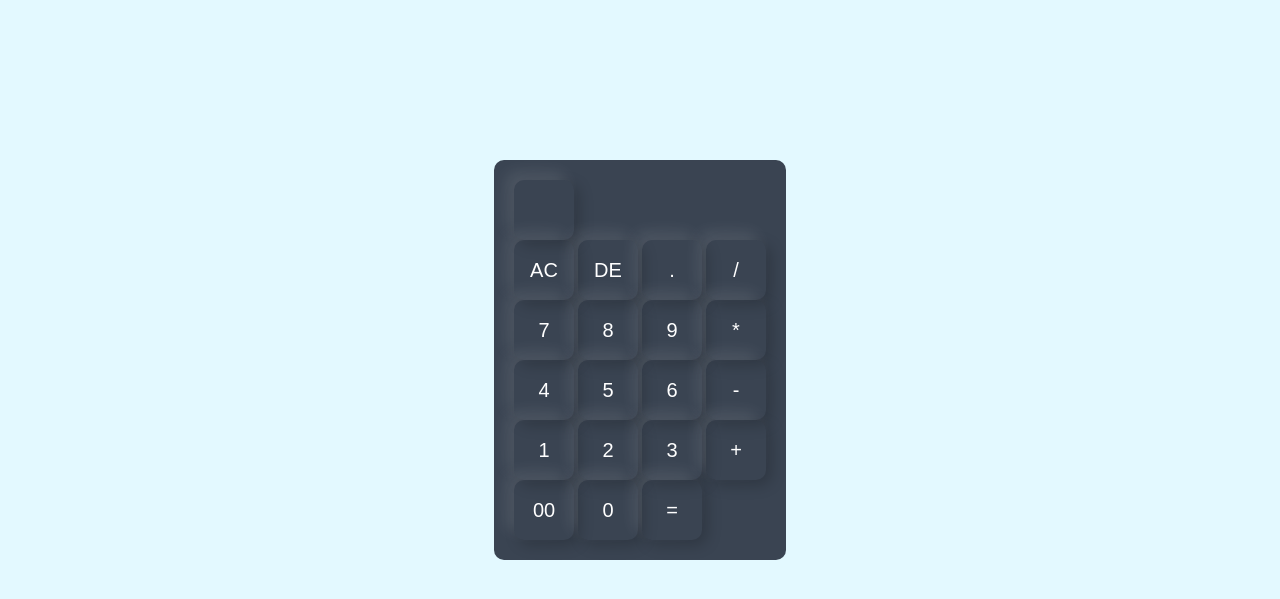
Repository: joeltorcato/CALCULATOR
Page: index.html
The author's editor kept a copy of each file at every save. The page is drawn from the files as they stood at one save, then again after the next save.
The browser window is 1280 px wide. The pictures show the whole page.

Above is the page before, as saved 2023-12-31 19:04:27.

### index.html
<!DOCTYPE html>
<html lang="en">
<head>
    <meta charset="UTF-8">
    <meta name="viewport" content="width=device-width, initial-scale=1.0">
    <link rel="stylesheet" href="style.css">
    <title>CALCULATOR | JOEL TORCATO</title>
</head>
<body>
    <div class="container">
        <div class="calculator">
            <form>
                <div>
                    <input type="text" name="display">
                </div>
                <div>
                    <input type="button" value="AC">
                    <input type="button" value="DE">
                    <input type="button" value=".">
                    <input type="button" value="/">
                </div>
                <div>
                    <input type="button" value="7">
                    <input type="button" value="8">
                    <input type="button" value="9">
                    <input type="button" value="*">
                </div>
                <div>
                    <input type="button" value="4">
                    <input type="button" value="5">
                    <input type="button" value="6">
                    <input type="button" value="-">
                </div>
                <div>
                    <input type="button" value="1">
                    <input type="button" value="2">
                    <input type="button" value="3">
                    <input type="button" value="+">
                </div>
                <div>
                    <input type="button" value="00">
                    <input type="button" value="0">
                    <input type="button" value="=">
                </div>
            </form>
        </div>
    </div>
</body>
</html>

### style.css
*{
    margin: 0;
    padding: 0;
    font-family: 'Poppins' sans-serif;
    box-sizing: border-box;
}

/*container*/
.container{
    width: 100%;
    height: 100vh;
    background: #e3f9ff;
    display: flex;
    align-items: center;
    justify-content: center;
}

/*calculator*/
.calculator{
    background: #3a4452;
    padding: 20px;
    border-radius: 10px;
}

.calculator form input{
    border: 0;
    outline: 0;
    width: 60px;
    height: 60px;
    border-radius: 10px;
    box-shadow: -8px -8px 15px rgba(255, 255, 255, 0.1),5px 5px 15px rgba(0, 0, 0, 0.2);
    background: transparent;
    font-size: 20px;
    color: #fff;
    cursor: pointer;
}

After the next save:
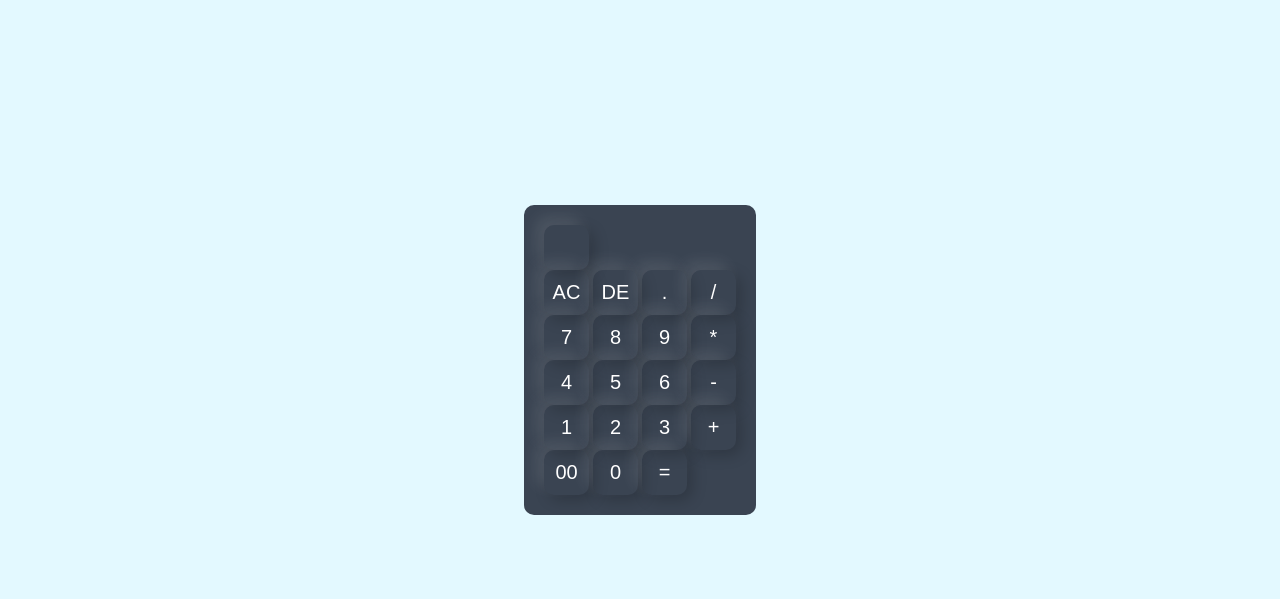
Saved 98 s later.
--- a/style.css
+++ b/style.css
@@ -25,12 +25,13 @@
 .calculator form input{
     border: 0;
     outline: 0;
-    width: 60px;
-    height: 60px;
+    width: 45px;
+    height: 45px;
     border-radius: 10px;
     box-shadow: -8px -8px 15px rgba(255, 255, 255, 0.1),5px 5px 15px rgba(0, 0, 0, 0.2);
     background: transparent;
     font-size: 20px;
     color: #fff;
-    cursor: pointer;
+    cursor: pointer
+    margin: 10px;
 }
